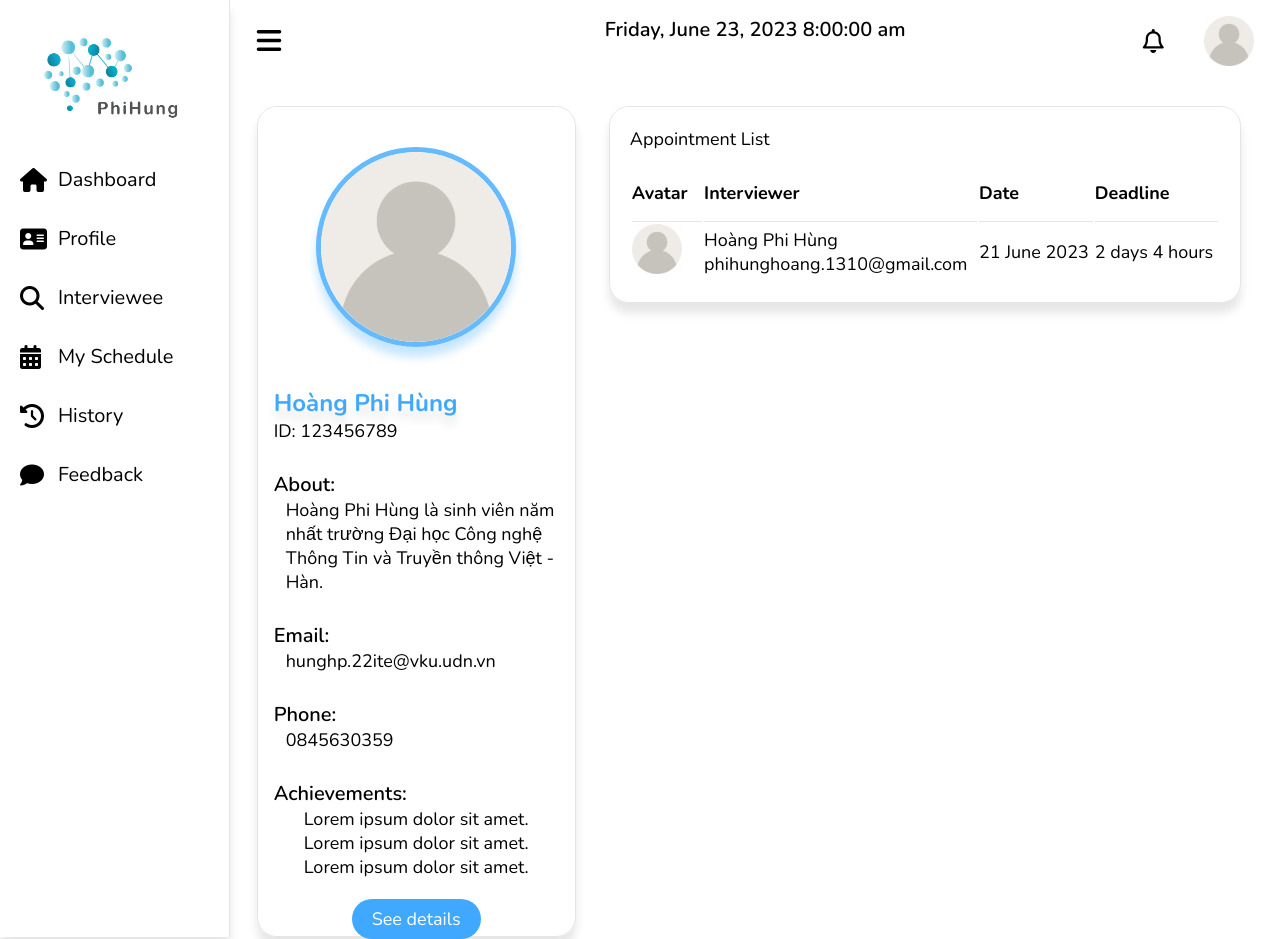
Repository: hphihungit/InterviewService
Page: interviewee.html
The author's editor kept a copy of each file at every save. The page is drawn from the files as they stood at one save, then again after the next save.
The browser window is 1280 px wide. The pictures show the whole page.

Above is the page before, as saved 2023-06-01 01:00:12.

After the next save:
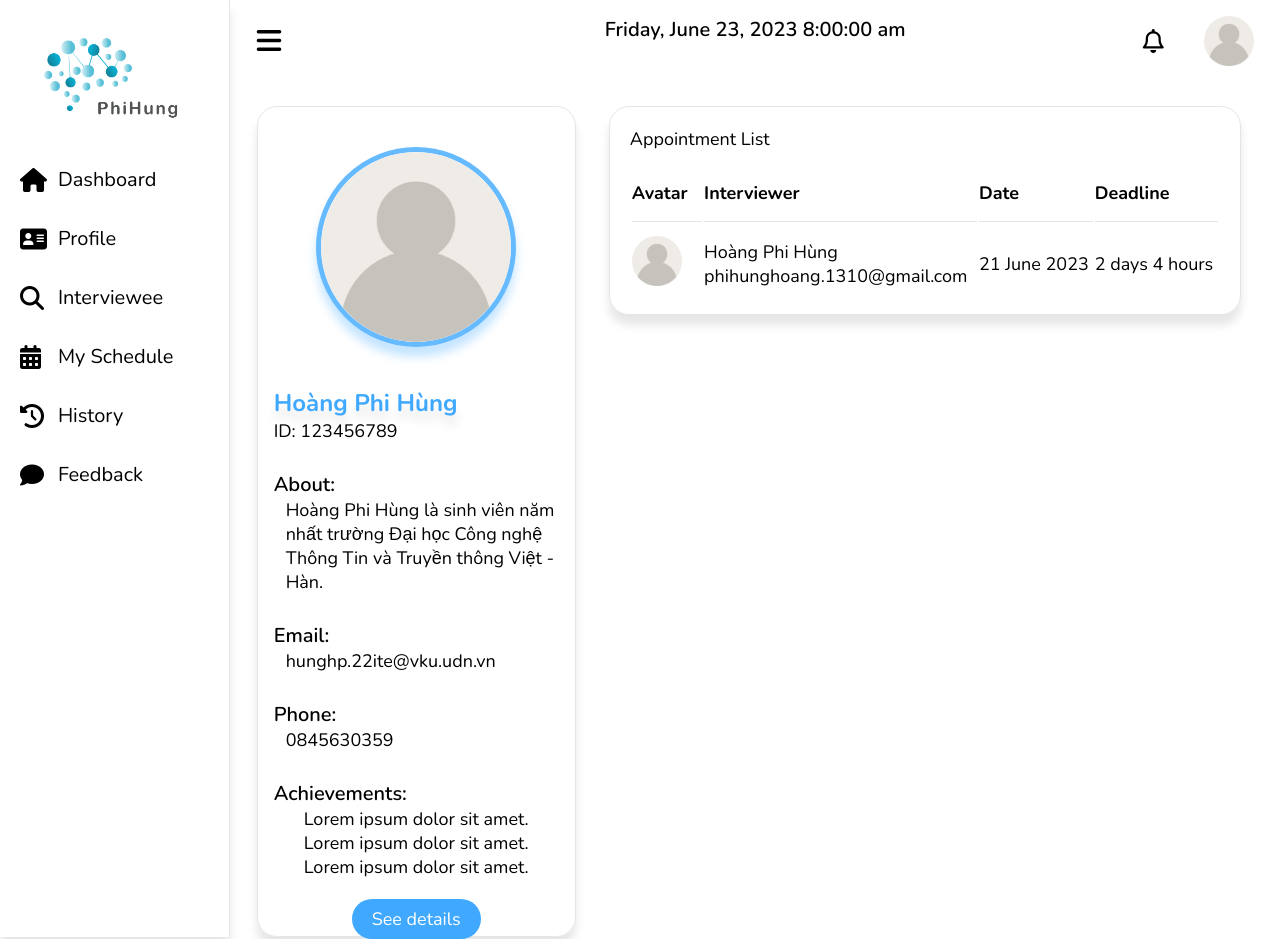
Saved 10 s later.
--- a/assets/css/interviewee.css
+++ b/assets/css/interviewee.css
@@ -223,6 +223,7 @@ th {
 }
 
 td {
+    padding-top: 12px;
 }
 
 td img {
